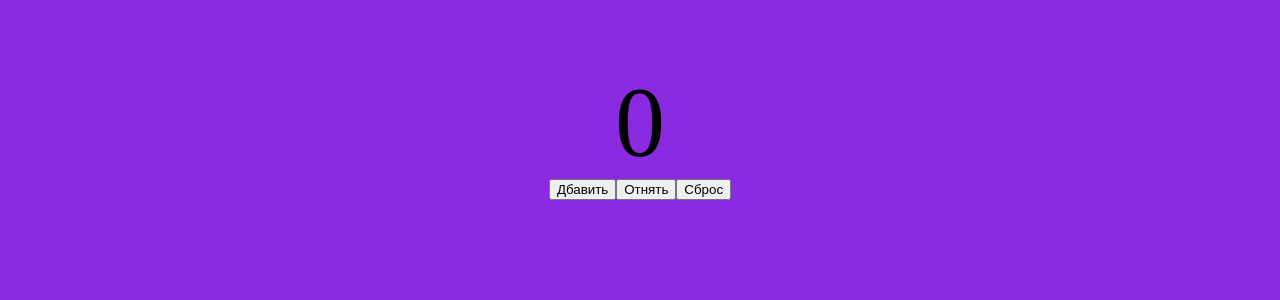
Repository: Denzoll/redux-toolkit-counter
Page: /
An editor plug-in stored every save of this project. The page is shown before and after a run of saves, followed by the edit.
The browser window is 1280 px wide. The pictures show the whole page.
The project was rebuilt for these pictures with package versions that can differ from the ones it lists, and the page was loaded fresh each time. Also part of the build but not shown: src/index.css.

Above is the page before, as saved 2022-06-27 13:33:51.

### src/index.js
import React from 'react';
import ReactDOM from 'react-dom/client';
import './index.css';
import App from './App';
import { store } from './app/store';
import { Provider } from 'react-redux/es/exports';


const root = ReactDOM.createRoot(document.getElementById('root'));
root.render(

   <Provider store={store}>
    <App />

  </Provider>

);

// If you want to start measuring performance in your app, pass a function
// to log results (for example: reportWebVitals(console.log))
// or send to an analytics endpoint. Learn more: https://bit.ly/CRA-vitals

### src/App.js
import { useSelector, useDispatch } from "react-redux";
import { minus, plus, zero } from "./feauters/counterReducer";
import './App.css'

function App() {
  const num = useSelector((state) => state.counter);
  const dispach = useDispatch();
  const handleInc = () => {
    dispach(plus());
  };
  const handleDel = () => {
    dispach(minus());
  };

  const z = () => {
    dispach(zero());
  };
  return (
    <>
    <div className="cont">
      <div className="count">{num}</div>
      <div className="btn">
      <button onClick={handleInc}> Дбавить </button>
      <button onClick={handleDel}>Отнять</button>
      <button onClick={z}> Сброс </button>
      </div>
      </div>
    </>
  );
}

export default App;

### src/app/store.js
import { configureStore } from "@reduxjs/toolkit";
import counterReducer from "../feauters/counterReducer";

export const  store = configureStore({
    reducer:counterReducer
})

### src/feauters/counterReducer.js
import { createAction } from "@reduxjs/toolkit/";
import { createReducer } from "@reduxjs/toolkit";

const initialState = {
  counter: 0,
};
export const plus = createAction("plus");
export const minus = createAction("minus");
export const zero = createAction("zero");

const counterReducer = createReducer(initialState, (builder) => {
  builder
    .addCase(plus, (state, action) => {
      state.counter += 1;
    })
    .addCase(minus, (state) => {
      if (state.counter > 0) {
        state.counter -= 1;
      }
    })
    .addCase(zero, (state) => {
      state.counter = 0;
    });
});

export default counterReducer;

### src/App.css
body {
  background-color: blueviolet;
  margin:0 auto;
  width: 90%;
  margin-top: 5%;
}



.cont {

}

.count {
  font-size: 100px;
  display: flex;

  justify-content: center;
}
.btn {
  display: flex;
  justify-content: center;

}

Loaded but not shown: public/index.html (common file)

After the next 2 saves:
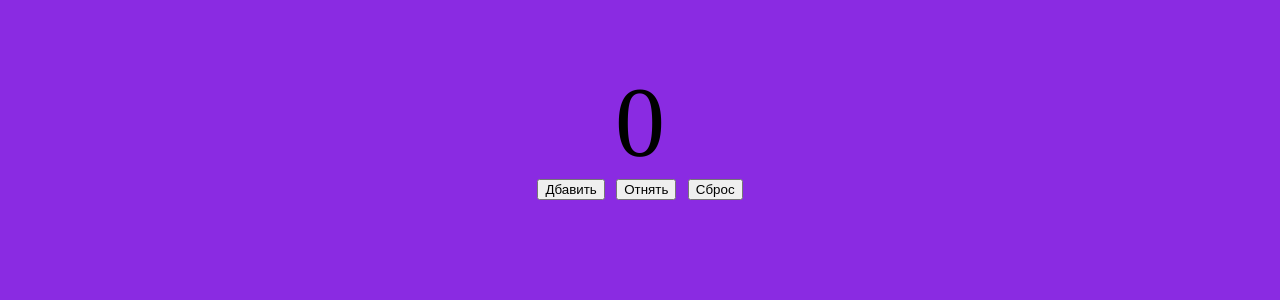
The 2 saves are shown as one change because they came seconds apart.
The last was saved 10 s later.
--- a/src/App.css
+++ b/src/App.css
@@ -20,5 +20,5 @@ body {
 .btn {
   display: flex;
   justify-content: center;
-
+  gap: 1%;
 }
